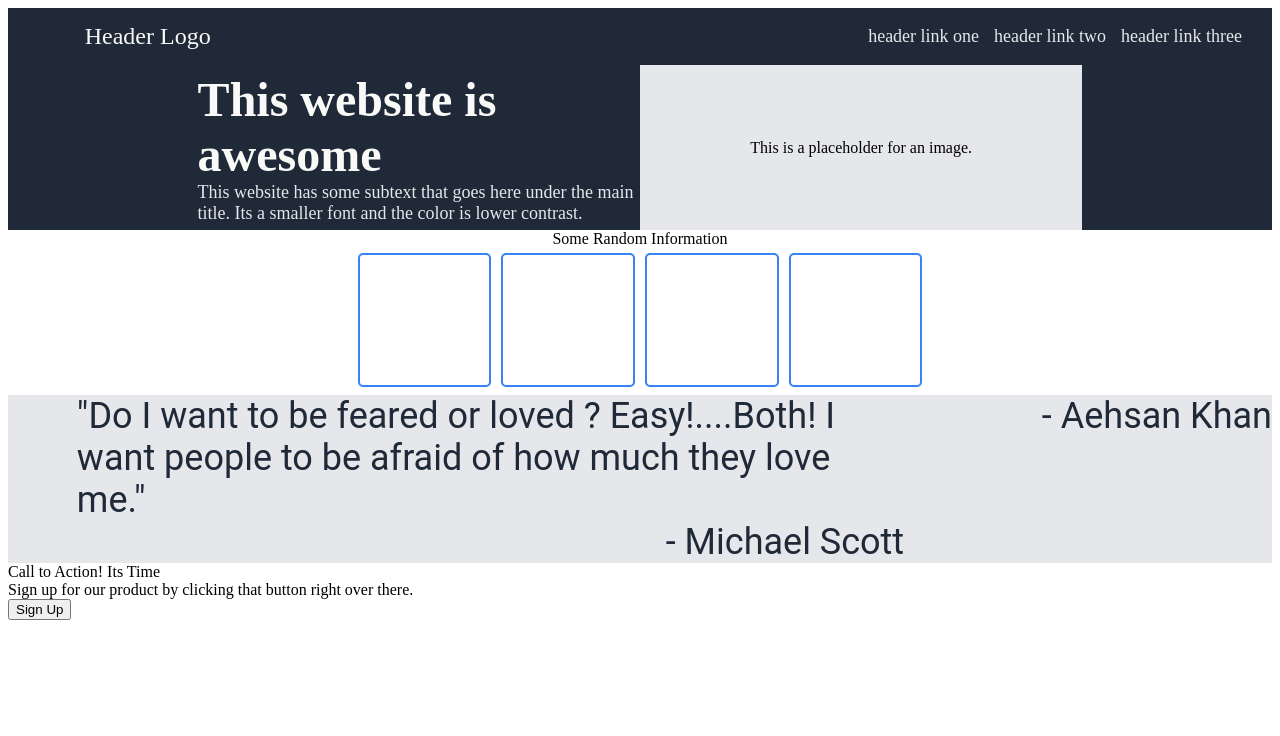
Repository: Aehsan4004/odinlandpage
Page: index.html
An editor plug-in stored every save of this project. The page is shown before and after the next save, followed by the edit.
The browser window is 1280 px wide. The pictures show the whole page.

Above is the page before, as saved 2025-02-10 17:59:55.

After the next save:
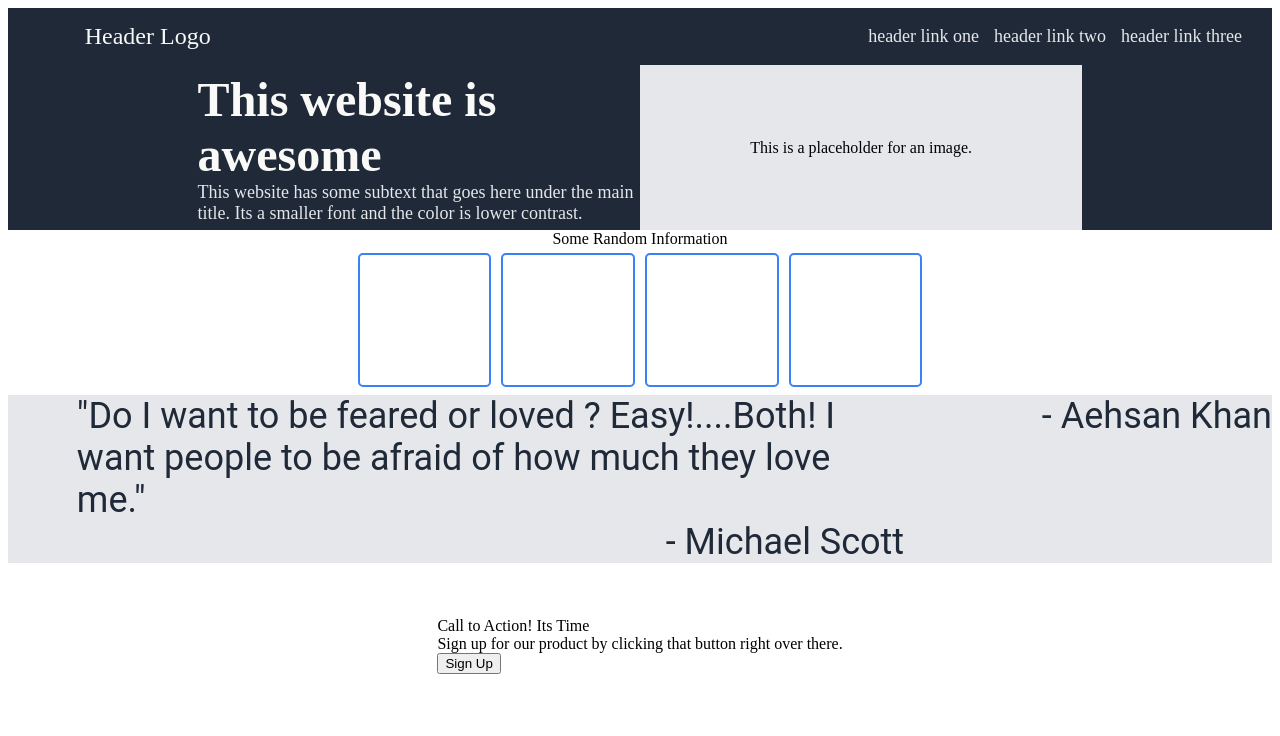
Saved 27 min 1 s later.
--- a/styles.css
+++ b/styles.css
@@ -121,8 +121,15 @@ ul {
     align-self: flex-end;
 }
 
-
-
 .five {
     height: 24vh;
+    display: flex;
+    align-items: center;
+    justify-content: center;
 }
+
+foot-box {
+    background-color: #3882f6;
+    color: white;
+
+}
